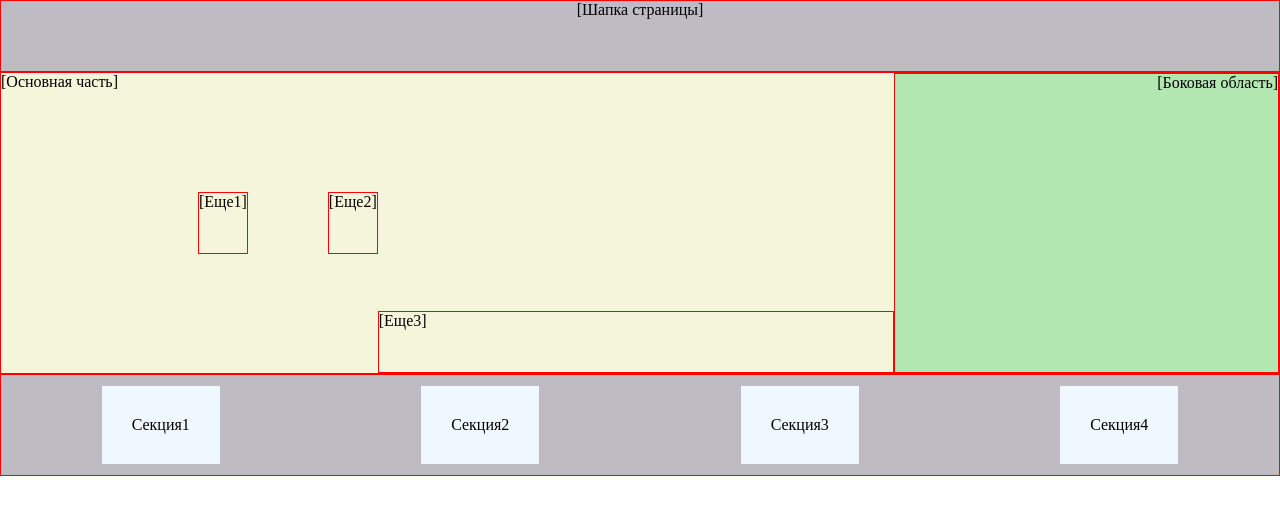
Repository: IrinaGetmanenko/week5
Page: week5/index.html
The author's editor kept a copy of each file at every save. The page is drawn from the files as they stood at one save, then again after the next save.
The browser window is 1280 px wide. The pictures show the whole page.

Above is the page before, as saved 2022-08-28 20:13:58.

### week5/index.html
<!DOCTYPE html>
<html lang="en">
<head>
    <meta charset="UTF-8">
    <meta http-equiv="X-UA-Compatible" content="IE=edge">
    <meta name="viewport" content="width=device-width, initial-scale=1.0">
    <link rel="stylesheet" href="normalize.css">
    <title>Document</title>
    <style>
    .container{
        display: flex;
        justify-content: center;
        flex-wrap: wrap;

    }

    .h1{
        display: flex;
        justify-content: center;
        border: 1px solid red;
        height: 70px;
        background-color: #bfbbc3;
    }

    .container-2{
        display: flex;
        justify-content: row;

        border: 1px solid red;
        background-color: beige;
        height: 300px;
        flex-wrap: wrap;

    }
    .section1{
        display: flex;
        border: 1px solid red;
        align-self: center;
        height: 20%;
        margin:  80px;

    }
    .section2{
        display: flex;
        border: 1px solid red;
        align-self: center;
        height: 20%;
    }

    .section3{
        flex: auto;
        border: 1px solid red;
        align-self: flex-end;
        height: 20%;
    }
    .aside{
        display: flex;
        justify-content: flex-end;
        border: 1px solid red;
        background-color: rgb(178, 231, 178);
        width: 30%;



    }
    .footer{
        display: flex;
        justify-content: space-around;
        border: 1px solid red;
        height: 100px;
        background-color: #bfbbc3;
        flex-wrap: wrap;
    }
.f1{

    align-self: center;
    padding: 30px;
    background-color: aliceblue;


}
.f2{

    align-self: center;
    padding: 30px;
    background-color: aliceblue;
}
.f3{

    align-self: center;
    padding: 30px;
    background-color: aliceblue;
}
.f4{

    align-self: center;
    padding: 30px;
    background-color: aliceblue;
}
    </style>
</head>
<body class="container-1">
    <header class="h1" >[Шапка страницы]</header>

<main>
<main class="container-2">[Основная часть]
<main class="section1">[Eще1]</main>
<main class="section2">[Еще2]</main>
<main class="section3">[Еще3]</main>
<aside class="aside">[Боковая область]</aside>
</main>

</main>

<footer class="footer">
       <footer class="f1">Секция1</footer>
       <footer class="f2">Секция2</footer>
       <footer class="f3">Секция3</footer>
       <footer class="f4">Секция4</footer>
</footer>

</body>
</html>

Loaded but not shown: week5/normalize.css (library)

After the next save:
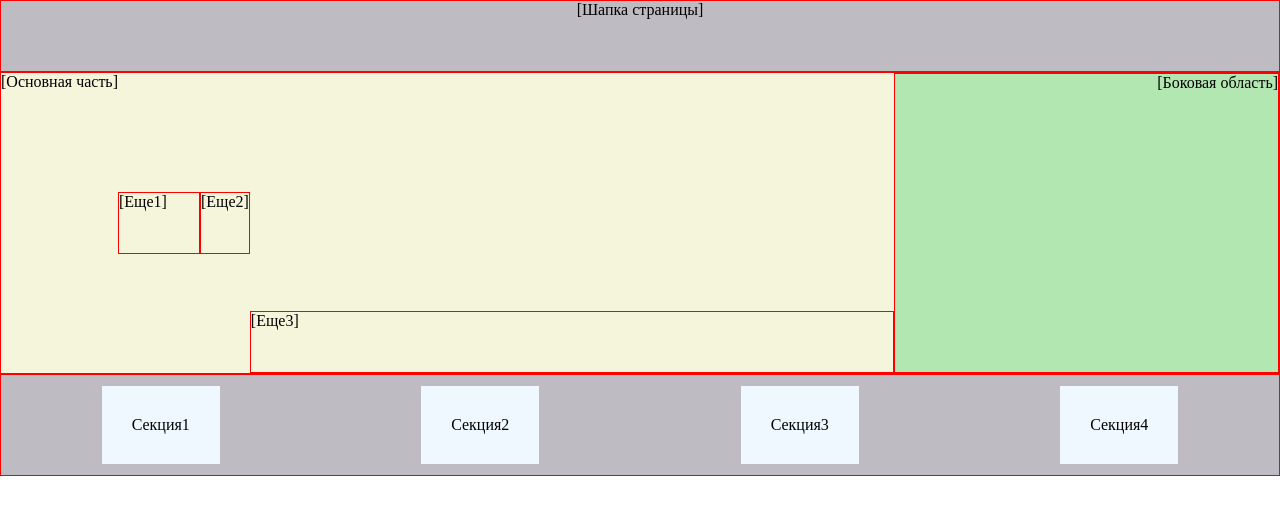
Saved 12 s later.
--- a/week5/index.html
+++ b/week5/index.html
@@ -37,7 +37,7 @@
         border: 1px solid red;
         align-self: center;
         height: 20%;
-        margin:  80px;
+        width:  80px;
 
     }
     .section2{
